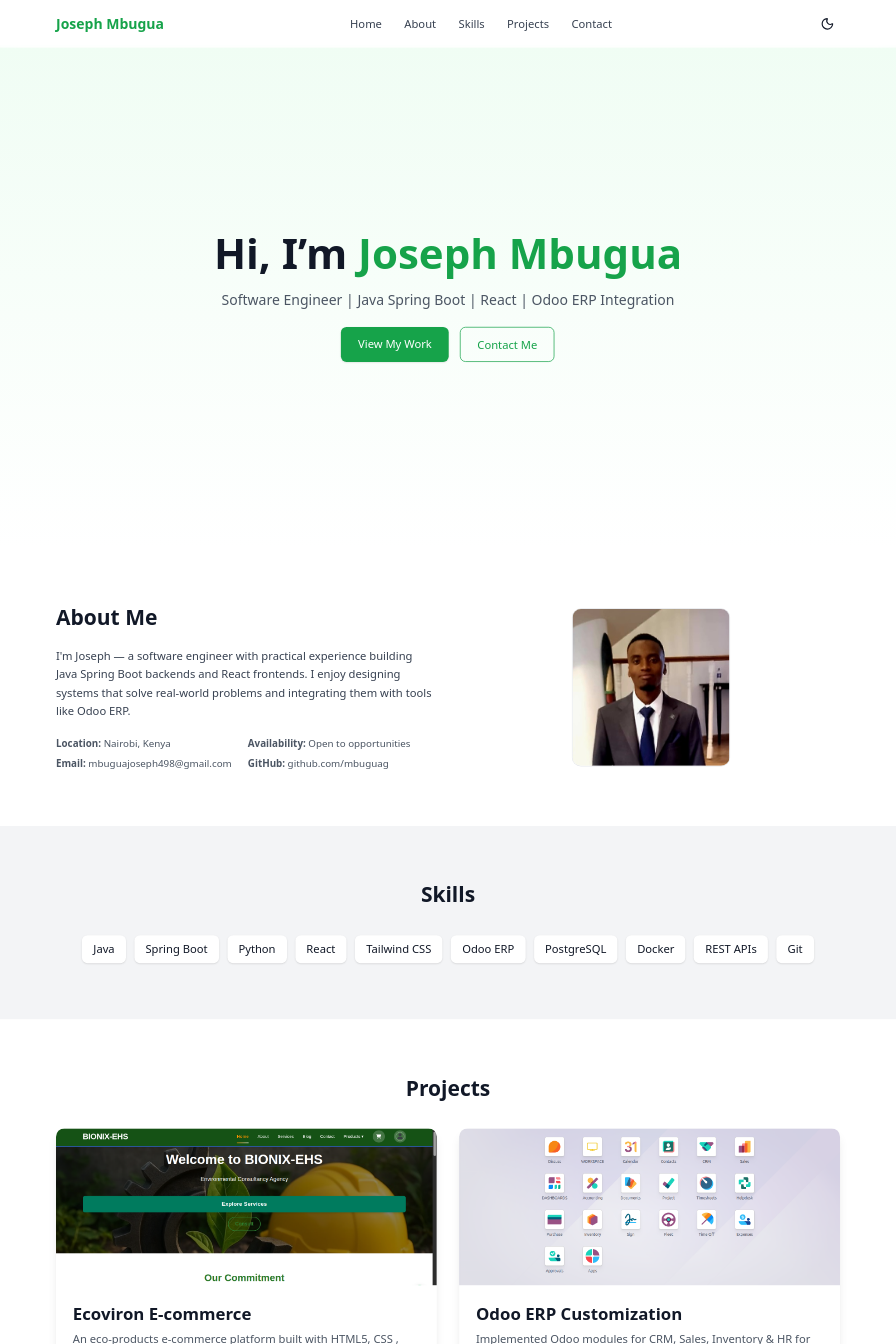
Repository: mbuguag/Portfolio
Page: /
These files come from the project's save history. The page is drawn as it stood at one moment and after the next save; the edit follows.
The browser window is 1280 px wide. The pictures show the part of the page from y = 0 to 1920 px (the page is 2789 px tall before and 720 px after), at 70% of full size.
The project was rebuilt for these pictures with package versions that can differ from the ones it lists, and the page was loaded fresh each time. Also part of the build but not shown: vite.config.js.

Above is the page before, as saved 2025-10-24 11:17:07.

### index.html
<!doctype html>
<html lang="en">
  <head>
    <meta charset="UTF-8" />
    <link rel="icon" type="image/svg+xml" href="/vite.svg" />
    <meta name="viewport" content="width=device-width, initial-scale=1.0" />
    <title>dev-portfolio</title>
  </head>
  <body>
    <div id="root"></div>
    <script type="module" src="/src/main.jsx"></script>
  </body>
</html>

### src/main.jsx
import React from "react";
import ReactDOM from "react-dom/client";
import App from "./App";
import "./index.css";
import ThemeProvider from "./context/ThemeContext";

ReactDOM.createRoot(document.getElementById("root")).render(
  <React.StrictMode>
    <ThemeProvider>
      <App />
    </ThemeProvider>
  </React.StrictMode>
);

### src/App.jsx
import React from "react";
import Navbar from "./components/Navbar";
import Hero from "./components/Hero";
import About from "./components/About";
import Skills from "./components/Skills";
import Projects from "./components/Projects";
import Contact from "./components/Contact";
import Footer from "./components/Footer";

export default function App() {
  return (
    <div className="antialiased">
      <Navbar />
      <main className="pt-16">
        <Hero />
        <About />
        <Skills />
        <Projects />
        <Contact />
      </main>
      <Footer />
    </div>
  );
}

### src/index.css
@tailwind base;
@tailwind components;
@tailwind utilities;

/* Global */
:root {
  scroll-behavior: smooth;
}

body {
  @apply bg-white text-gray-900 dark:bg-gray-900 dark:text-gray-100 font-sans;
}

/* container helper */
.container {
  @apply max-w-6xl mx-auto px-4;
}

/* small utility */
.section-title {
  @apply text-3xl font-semibold mb-6;
}

.card {
  @apply bg-white dark:bg-gray-800 rounded-xl shadow-sm overflow-hidden;
}

### src/context/ThemeContext.jsx
import React, { createContext, useEffect, useState } from "react";

export const ThemeContext = createContext();

export default function ThemeProvider({ children }) {
  const [theme, setTheme] = useState(() => localStorage.getItem("theme") || "light");

  useEffect(() => {
    document.documentElement.classList.toggle("dark", theme === "dark");
    localStorage.setItem("theme", theme);
  }, [theme]);

  const toggleTheme = () => setTheme((prev) => (prev === "light" ? "dark" : "light"));

  return (
    <ThemeContext.Provider value={{ theme, toggleTheme }}>
      {children}
    </ThemeContext.Provider>
  );
}

### src/components/Navbar.jsx
import React, { useContext } from "react";
import { ThemeContext } from "../context/ThemeContext";
import { Moon, Sun } from "lucide-react"; // lightweight icon packag

export default function Navbar() {
  const { theme, toggleTheme } = useContext(ThemeContext);

  return (
    <header className="fixed top-0 w-full bg-white/80 dark:bg-gray-900/80 backdrop-blur-md shadow-sm z-50">
      <nav className="container flex items-center justify-between py-4">
        <h1 className="text-xl font-bold text-green-600 dark:text-green-400">Joseph Mbugua</h1>

        <ul className="hidden md:flex gap-8 text-gray-700 dark:text-gray-200">
          {["Home", "About", "Skills", "Projects", "Contact"].map((item) => (
            <li key={item}>
              <a
                href={`#${item.toLowerCase()}`}
                className="hover:text-green-500 transition-colors duration-300"
              >
                {item}
              </a>
            </li>
          ))}
        </ul>

        {/* Toggle button */}
        <button
          onClick={toggleTheme}
          className="ml-6 p-2 rounded-full hover:bg-gray-200 dark:hover:bg-gray-800 transition"
        >
          {theme === "light" ? <Moon size={20} /> : <Sun size={20} />}
        </button>
      </nav>
    </header>
  );
}

### src/components/Hero.jsx
import React from "react";

export default function Hero() {
  return (
    <section id="home" className="min-h-screen flex items-center justify-center bg-gradient-to-b from-green-50 to-white dark:from-gray-900 dark:to-gray-800">
      <div className="text-center space-y-6 px-6">
        <h1 className="text-4xl md:text-6xl font-extrabold text-gray-900 dark:text-white">
          Hi, I’m <span className="text-green-600 dark:text-green-400">Joseph Mbugua</span>
        </h1>
        <p className="text-lg md:text-xl text-gray-600 dark:text-gray-300">
          Software Engineer | Java Spring Boot | React | Odoo ERP Integration
        </p>
        <div className="flex justify-center gap-4">
          <a
            href="#projects"
            className="bg-green-600 text-white px-6 py-3 rounded-lg shadow hover:bg-green-700 transition"
          >
            View My Work
          </a>
          <a
            href="#contact"
            className="border border-green-600 text-green-600 dark:text-green-400 px-6 py-3 rounded-lg hover:bg-green-600 hover:text-white transition"
          >
            Contact Me
          </a>
        </div>
      </div>
    </section>
  );
}

### src/components/About.jsx
import React from "react";

export default function About() {
  return (
    <section id="about" className="py-20">
      <div className="container grid md:grid-cols-2 gap-10 items-center">
        <div>
          <h2 className="section-title">About Me</h2>
          <p className="text-gray-700 dark:text-gray-300 leading-relaxed">
            I'm Joseph — a software engineer with practical experience building
            Java Spring Boot backends and React frontends.
            I enjoy designing systems that solve real-world problems and integrating
            them with tools like Odoo ERP.
          </p>

          <ul className="mt-6 grid grid-cols-2 gap-2 text-sm text-gray-600 dark:text-gray-400">
            <li><strong>Location:</strong> Nairobi, Kenya</li>
            <li><strong>Availability:</strong> Open to opportunities</li>
            <li><strong>Email:</strong> mbuguajoseph498@gmail.com</li>
            <li><strong>GitHub:</strong> github.com/mbuguag</li>
          </ul>
        </div>

        <div className="flex justify-center">
          <div className="w-56 h-56 rounded-xl overflow-hidden ring-1 ring-gray-200 dark:ring-gray-700">
            <img
              src="/Profile.jpg"
              alt="Joseph Mbugua"
              className="w-full h-full object-cover"
            />
          </div>
        </div>
      </div>
    </section>
  );
}

### src/components/Skills.jsx
const skills = [
  "Java", "Spring Boot", "Python", "React", "Tailwind CSS",
  "Odoo ERP", "PostgreSQL", "Docker", "REST APIs", "Git"
];

export default function Skills() {
  return (
    <section id="skills" className="py-20 bg-gray-100 dark:bg-gray-800">
      <h2 className="text-3xl font-bold mb-10 text-center">Skills</h2>
      <div className="flex flex-wrap justify-center gap-3">
        {skills.map((skill) => (
          <span key={skill} className="px-4 py-2 bg-white dark:bg-gray-700 shadow rounded-lg">
            {skill}
          </span>
        ))}
      </div>
    </section>
  );
}

### src/components/Projects.jsx
const projects = [
  {
    title: "Ecoviron E-commerce",
    description: "An eco-products e-commerce platform built with HTML5, CSS , JavaScript & Spring Boot backend.",
    image: "/Bionix.png",
    link: "https://www.bionix-hse.co.ke",
  },
  {
    title: "Odoo ERP Customization",
    description: "Implemented Odoo modules for CRM, Sales, Inventory & HR for business automation.",
    image: "/Odoo.png",
    link: "#",
  },
];

export default function Projects() {
  return (
    <section id="projects" className="py-20 container">
      <h2 className="text-3xl font-bold mb-10 text-center">Projects</h2>
      <div className="grid md:grid-cols-2 gap-8">
        {projects.map((proj) => (
          <div key={proj.title} className="bg-white dark:bg-gray-800 rounded-xl shadow-lg overflow-hidden">
            <img src={proj.image} alt={proj.title} className="w-full h-56 object-cover" />
            <div className="p-6">
              <h3 className="text-2xl font-semibold mb-2">{proj.title}</h3>
              <p className="text-gray-600 dark:text-gray-300 mb-4">{proj.description}</p>
              <a href={proj.link} target="_blank" className="text-blue-600 hover:text-blue-800 dark:text-blue-400 dark:hover:text-blue-200">View Project →</a>
            </div>
          </div>
        ))}
      </div>
    </section>
  );
}

### src/components/Contact.jsx
import React from "react";

export default function Contact() {
  return (
    <section id="contact" className="py-20 bg-gray-50 dark:bg-gray-900">
      <div className="container max-w-3xl text-center">
        <h2 className="section-title">Get In Touch</h2>
        <p className="text-gray-600 dark:text-gray-400 mb-8">
          I’m open to new opportunities, collaborations, and projects. Let’s connect!
        </p>

        <form className="space-y-4">
          <input
            type="text"
            placeholder="Your Name"
            className="w-full p-3 rounded-lg border border-gray-300 dark:border-gray-700 bg-white dark:bg-gray-800"
          />
          <input
            type="email"
            placeholder="Your Email"
            className="w-full p-3 rounded-lg border border-gray-300 dark:border-gray-700 bg-white dark:bg-gray-800"
          />
          <textarea
            placeholder="Your Message"
            rows="5"
            className="w-full p-3 rounded-lg border border-gray-300 dark:border-gray-700 bg-white dark:bg-gray-800"
          ></textarea>
          <button
            type="submit"
            className="w-full bg-green-600 text-white py-3 rounded-lg hover:bg-green-700 transition"
          >
            Send Message
          </button>
        </form>
      </div>
    </section>
  );
}

### src/components/Footer.jsx
export default function Footer() {
  return (
    <footer className="py-6 text-center text-gray-500 dark:text-gray-400 border-t border-gray-200 dark:border-gray-700">
      © {new Date().getFullYear()} Joseph Mbugua Gitau. All rights reserved.
    </footer>
  );
}

Loaded but not shown: tailwind.config.js (common file)

After the next save:
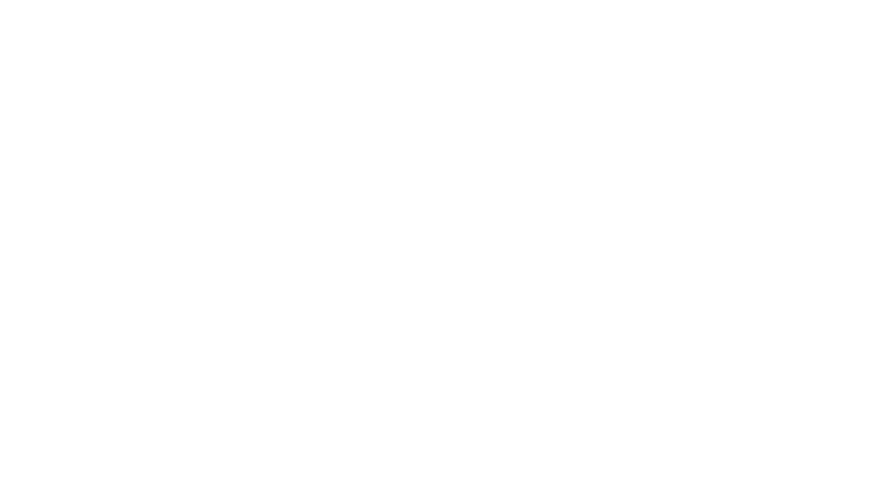
Console error: ReferenceError: Moon is not defined
Saved 5 s later.
--- a/src/components/Navbar.jsx
+++ b/src/components/Navbar.jsx
@@ -1,6 +1,5 @@
 import React, { useContext } from "react";
-import { ThemeContext } from "../context/ThemeContext";
-import { Moon, Sun } from "lucide-react"; // lightweight icon packag
+import { ThemeContext } from "../context/ThemeContext"
 
 export default function Navbar() {
   const { theme, toggleTheme } = useContext(ThemeContext);

After the 2 saves that followed:
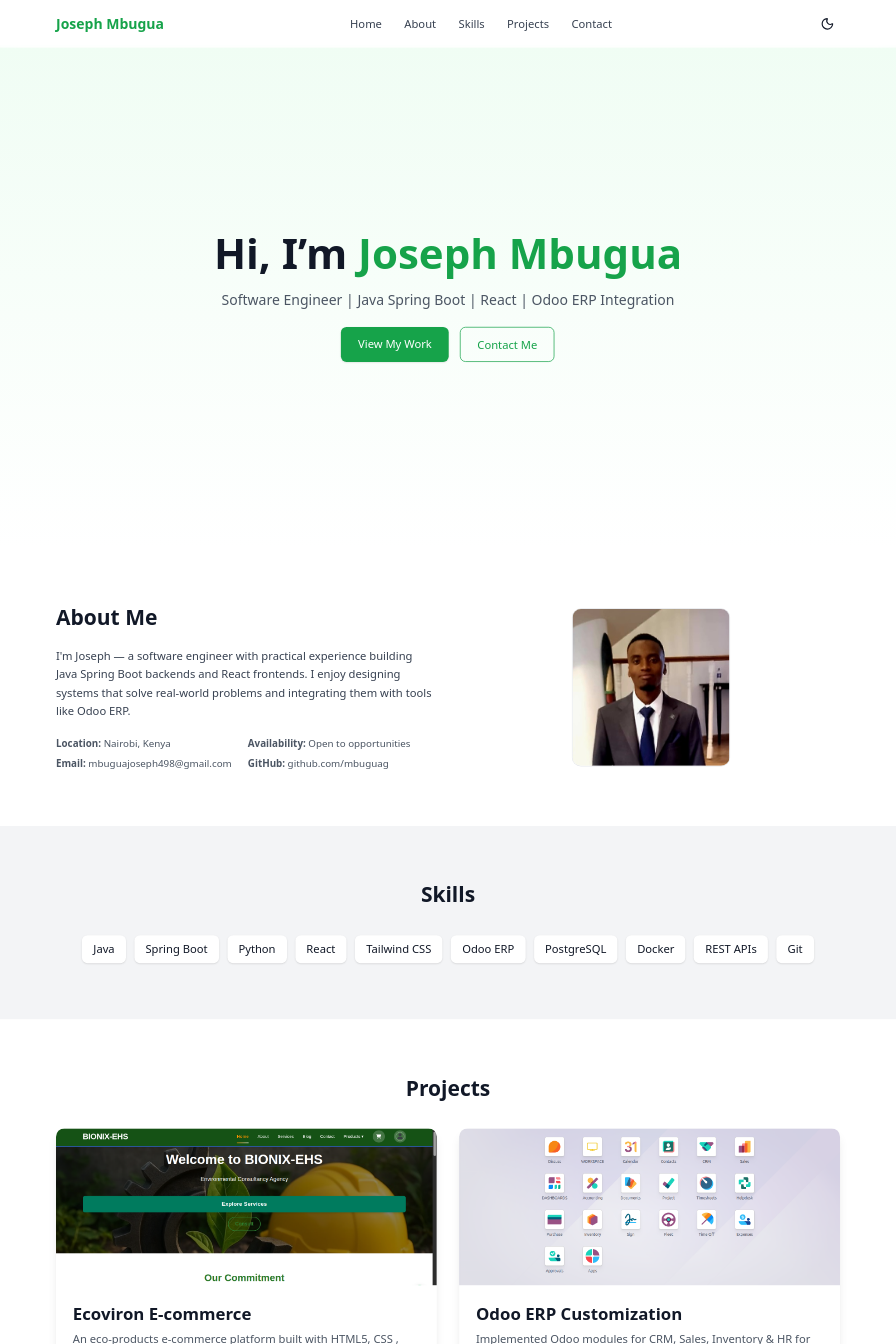
The error is gone.
The 2 saves are shown as one change because 1 left the picture as it was.
The last was saved 39 s later.
--- a/src/components/Navbar.jsx
+++ b/src/components/Navbar.jsx
@@ -1,5 +1,6 @@
 import React, { useContext } from "react";
-import { ThemeContext } from "../context/ThemeContext"
+import { ThemeContext } from "../context/ThemeContext";
+import { Moon, Sun } from "lucide-react";
 
 export default function Navbar() {
   const { theme, toggleTheme } = useContext(ThemeContext);
